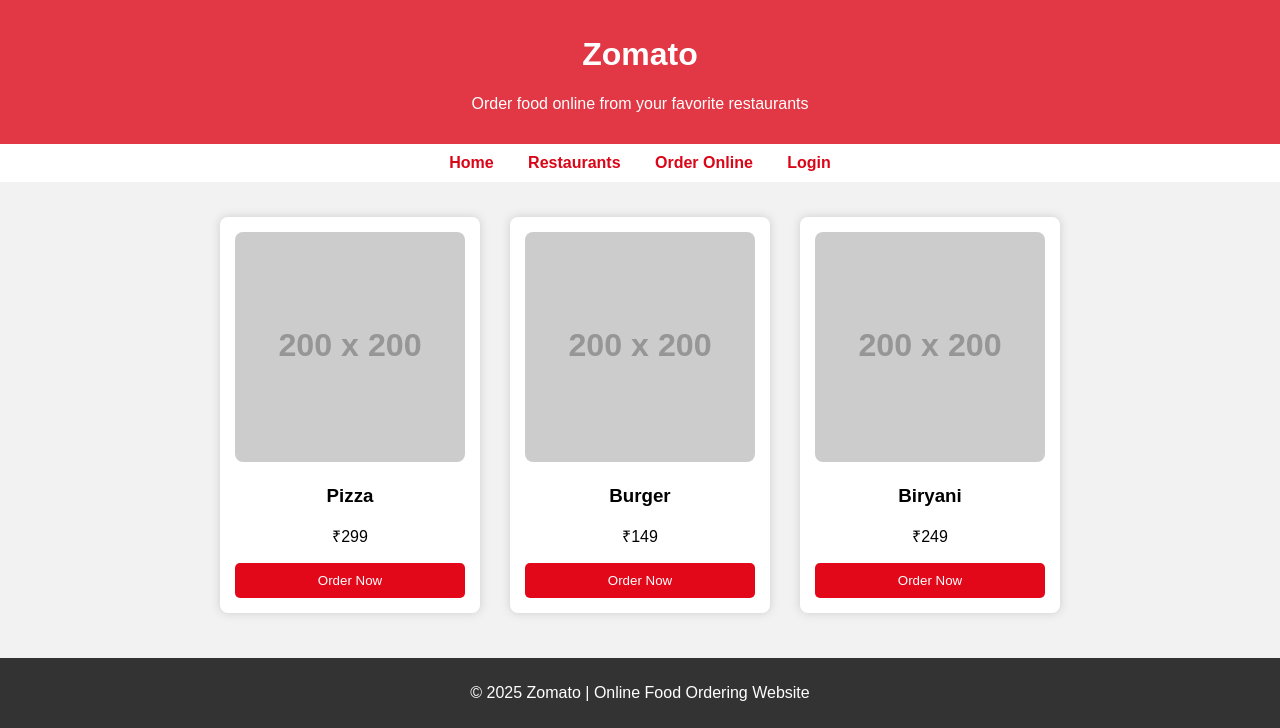
Repository: Glory998/ELCE1-32
Page: zomatoproject.html
The author's editor kept a copy of each file at every save. The page is drawn from the files as they stood at one save, then again after the next save.
The browser window is 1280 px wide. The pictures show the whole page.

Above is the page before, as saved 2025-12-16 02:12:53.

### zomatoproject.html
<!DOCTYPE html>
<html lang="en">
<head>
    <meta charset="UTF-8">
    <title>Zomato | Online Food Ordering</title>

    <style>
        body {
            margin: 0;
            font-family: Arial, sans-serif;
            background-color: #f2f2f2;
        }

        /* Header */
        header {
            background-color: #e23744;
            color: white;
            padding: 15px;
            text-align: center;
        }

        /* Navigation */
        nav {
            background-color: white;
            padding: 10px;
            text-align: center;
        }

        nav a {
            text-decoration: none;
            margin: 15px;
            color: #da0517;
            font-weight: bold;
        }

        /* Main Section */
        .container {
            display: flex;
            justify-content: center;
            margin: 20px;
        }

        .food-card {
            background-color: white;
            width: 230px;
            margin: 15px;
            padding: 15px;
            text-align: center;
            border-radius: 8px;
            box-shadow: 0 0 10px #ccc;
        }

        .food-card img {
            width: 100%;
            border-radius: 8px;
        }

        .food-card button {
            background-color: #e20719;
            color: white;
            border: none;
            padding: 10px;
            width: 100%;
            border-radius: 5px;
            cursor: pointer;
        }

        /* Footer */
        footer {
            background-color: #333;
            color: white;
            text-align: center;
            padding: 10px;
            margin-top: 30px;
        }
    </style>
</head>

<body>

    <!-- Header -->
    <header>
        <h1>Zomato</h1>
        <p>Order food online from your favorite restaurants</p>
    </header>

    <!-- Navigation -->
    <nav>
        <a href="#">Home</a>
        <a href="#">Restaurants</a>
        <a href="#">Order Online</a>
        <a href="#">Login</a>
    </nav>

    <!-- Food Items -->
    <div class="container">

        <div class="food-card">
            <img src="https://via.placeholder.com/200">
            <h3>Pizza</h3>
            <p>₹299</p>
            <button>Order Now</button>
        </div>

        <div class="food-card">
            <img src="https://via.placeholder.com/200">
            <h3>Burger</h3>
            <p>₹149</p>
            <button>Order Now</button>
        </div>

        <div class="food-card">
            <img src="https://via.placeholder.com/200">
            <h3>Biryani</h3>
            <p>₹249</p>
            <button>Order Now</button>
        </div>

    </div>

    <!-- Footer -->
    <footer>
        <p>© 2025 Zomato | Online Food Ordering Website</p>
    </footer>

</body>
</html>

After the next save:
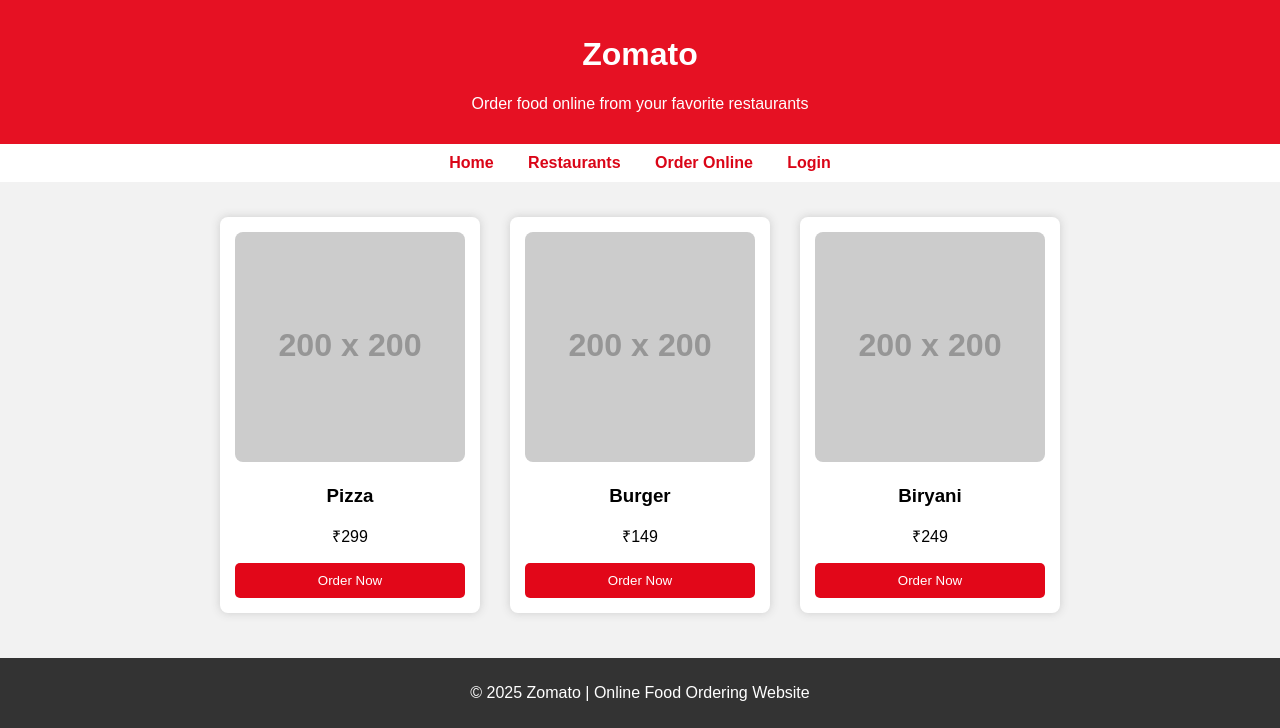
Saved 19 s later.
--- a/zomatoproject.html
+++ b/zomatoproject.html
@@ -13,7 +13,7 @@
 
         /* Header */
         header {
-            background-color: #e23744;
+            background-color: #e61123;
             color: white;
             padding: 15px;
             text-align: center;
